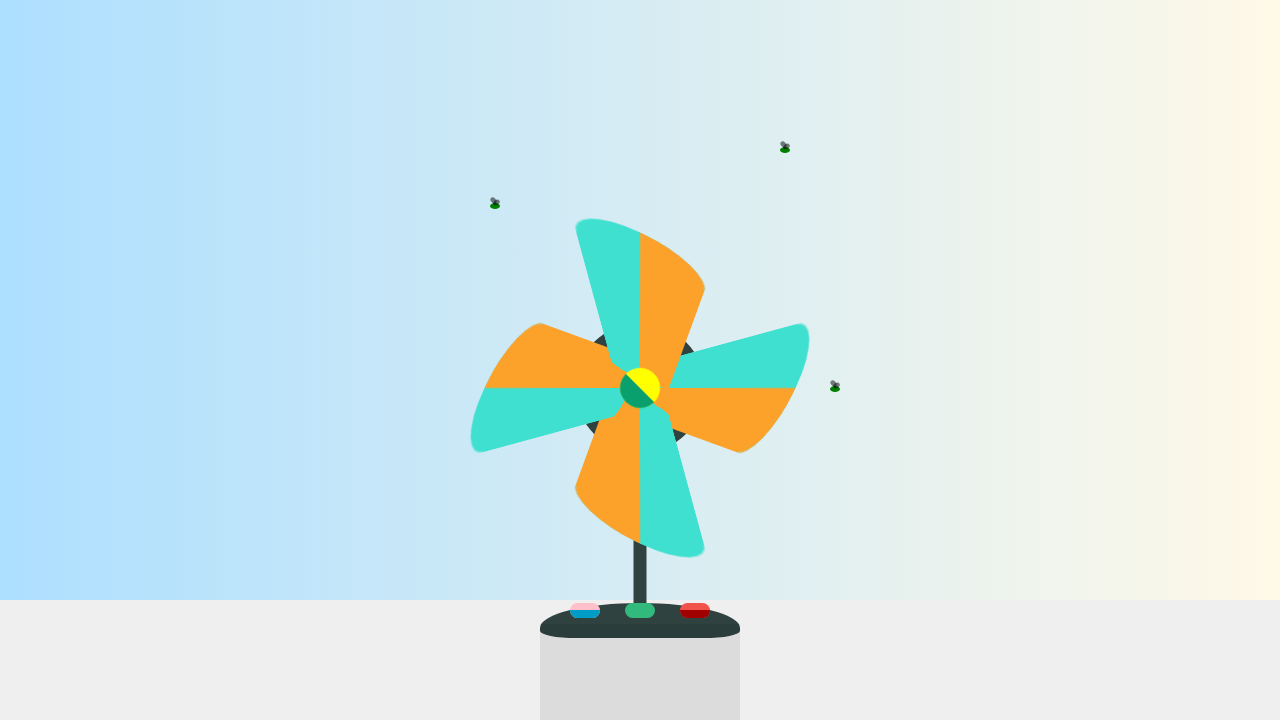
Repository: VuTuanAnh0949/CodeFan
Page: index.html
These files come from the project's save history. The page is drawn as it stood at one moment and after a run of saves; the edit follows.
The browser window is 1280 px wide. The pictures show the whole page.

Above is the page before, as saved 2022-06-22 11:51:49.

After the next 2 saves:
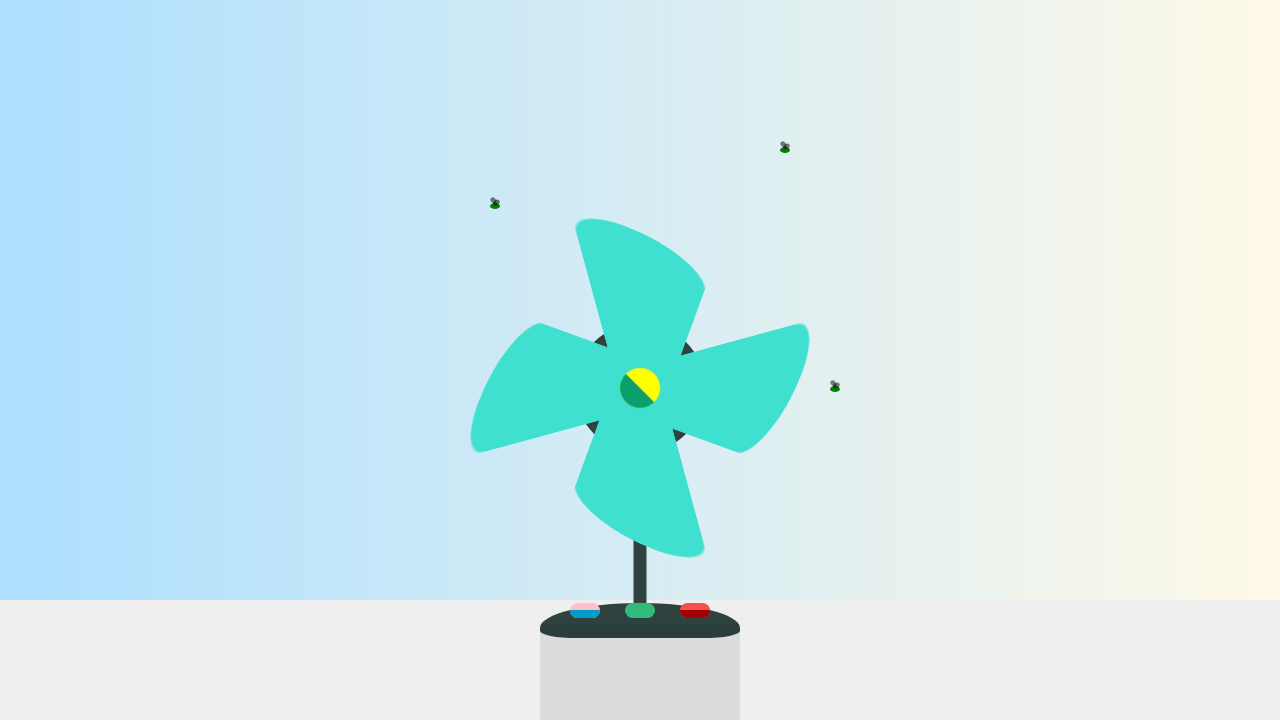
The 2 saves are shown as one change because they came seconds apart.
The last was saved 12 s later.
--- a/style.css
+++ b/style.css
@@ -338,7 +338,7 @@ span {
     height: 100%;
     content: "";
     display: block;
-    background: #fca12a;
+    background: turquoise;
     transform: rotate(0deg);
 }
 
